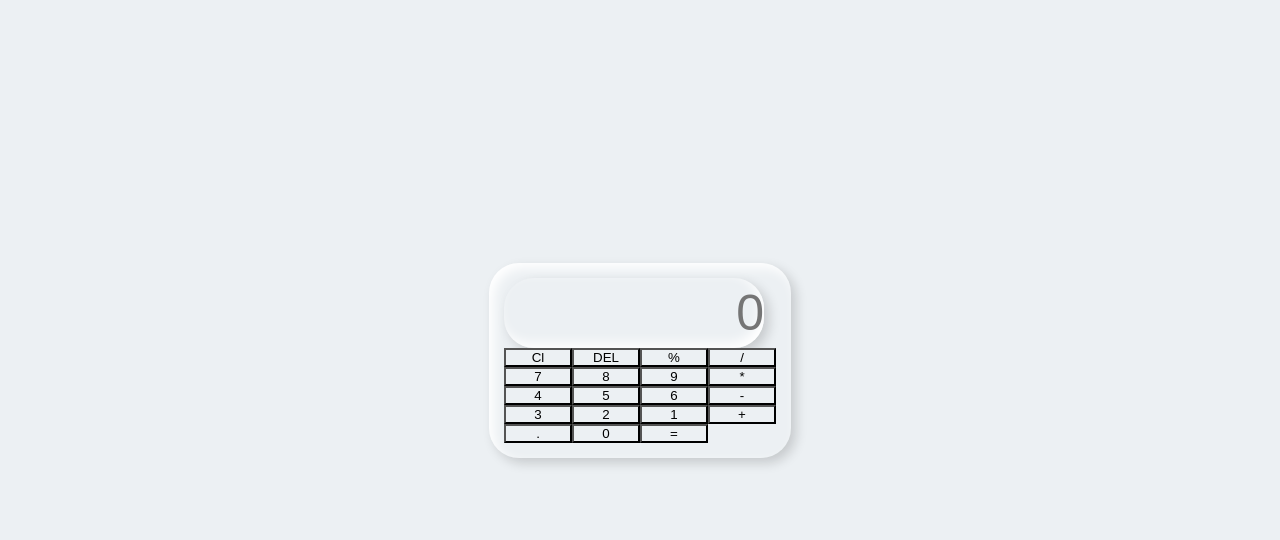
Repository: Mayur2905/OIBSIP
Page: Task-3/index.html
These files come from the project's save history. The page is drawn as it stood at one moment and after the next save; the edit follows.
The browser window is 1280 px wide. The pictures show the whole page.

Above is the page before, as saved 2022-02-02 13:51:41.

### Task-3/index.html
<!DOCTYPE html>
<html lang="en">
<head>
    <meta charset="UTF-8">
    <meta http-equiv="X-UA-Compatible" content="IE=edge">
    <meta name="viewport" content="width=device-width, initial-scale=1.0">
    <title>Clauculator</title>
    <link rel="stylesheet" href="style.css">
</head>
<body>
    <div class="container">
        <div class="calculator">
            <input type="text" placeholder="0">
            <button onclick="Clear()">Cl</button>
            <button onclick="del()">DEL</button>
            <button onclick="dispaly('%')">%</button>
            <button onclick="dispaly('%')">/</button>
            <button onclick="dispaly('7')">7</button>
            <button onclick="dispaly('8')">8</button>
            <button onclick="dispaly('9')">9</button>
            <button onclick="dispaly('*')">*</button>
            <button onclick="dispaly('4')">4</button>
            <button onclick="dispaly('5')">5</button>
            <button onclick="dispaly('6')">6</button>
            <button onclick="dispaly('-')">-</button>
            <button onclick="dispaly('3')">3</button>
            <button onclick="dispaly('2')">2</button>
            <button onclick="dispaly('1')">1</button>
            <button onclick="dispaly('+')">+</button>
            <button onclick="dispaly('.')">.</button>
            <button onclick="dispaly('0')">0</button>
            <button onclick="Calculate()">=</button>
        </div>

    </div>
</body>
</html>

### Task-3/style.css
* {
  margin: 0;
  padding: 0;
  box-sizing: border-box;
  background-color: #ecf0f3;
  font-family: sans-serif;
  outline: none;
}
.container {
  height: 100vh;
  display: flex;
  justify-content: center;
  align-items: center;
}
.calculator {
  background-color: #ecf0f3;
  padding: 15px;
  border-radius: 30px;
  box-shadow: inset 5px 5px 12px #ffffff, 5px 5px 12px rgba(0, 0, 0, 0.16);
  display: grid;
  grid-template-columns: repeat(4, 68px);
}
input {
  grid-column: span 4;
  height: 70px;
  width: 260px;
  background-color: #ecf0f3;
  box-shadow: inset -5px -5px 12px #ffffff, 5px 5px 12px rgba(0, 0, 0, 0.16);
  border: none;
  border-radius: 30px;
  color: rgb(70, 70, 70);
  font-size: 50px;
  text-align: end;
}

After the next save:
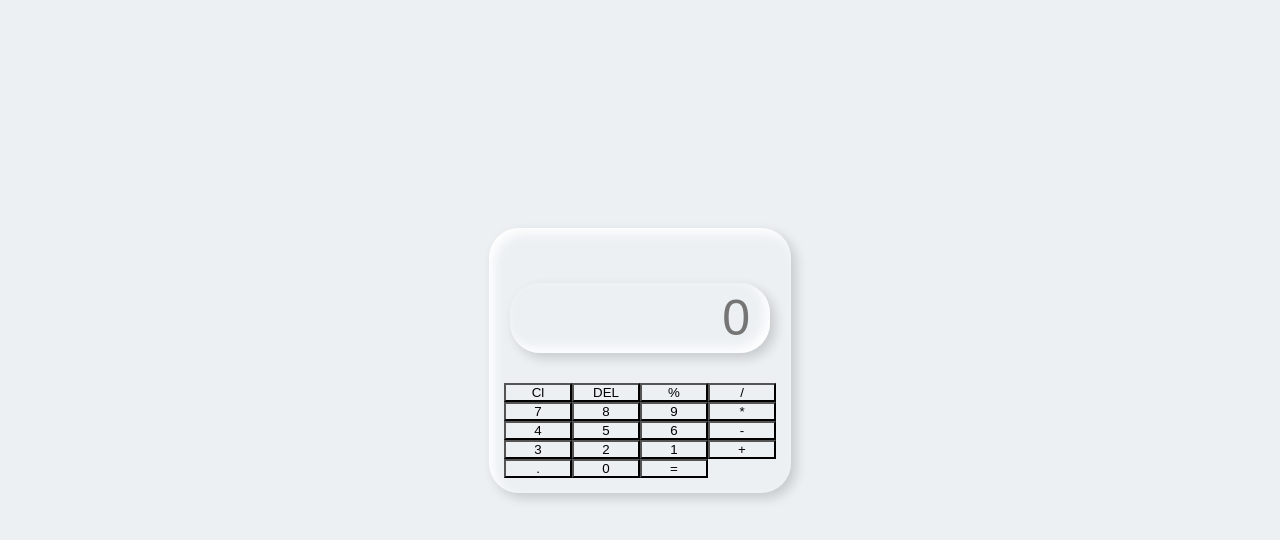
Saved 52 s later.
--- a/Task-3/style.css
+++ b/Task-3/style.css
@@ -31,4 +31,8 @@ input {
   color: rgb(70, 70, 70);
   font-size: 50px;
   text-align: end;
+  margin: auto;
+  margin-top: 40px;
+  margin-bottom: 30px;
+  padding: 20px;
 }
